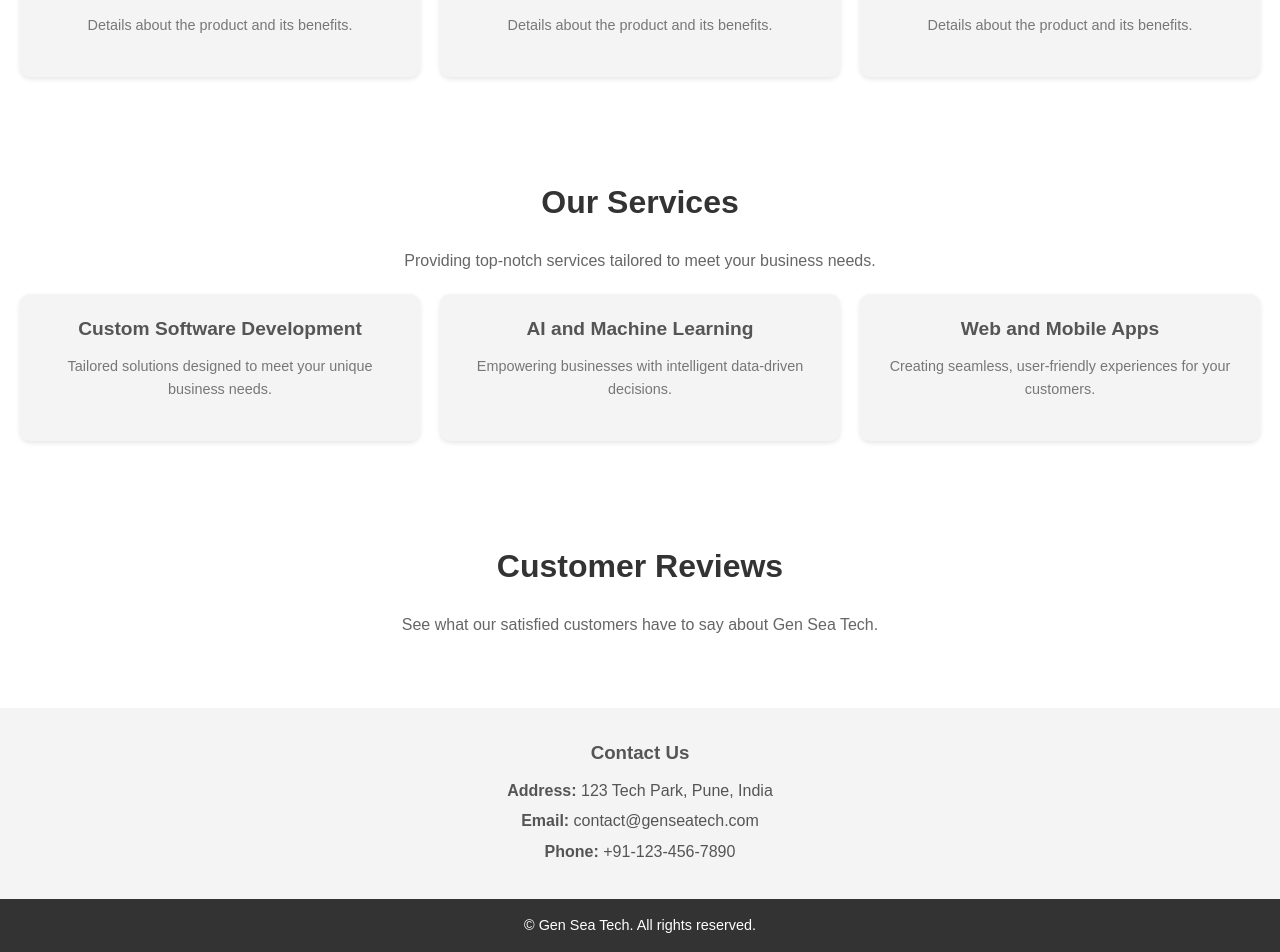
Repository: aniketkhatawkar/Gen_Sea_Tech
Page: http://localhost/GenSeaTech/
These files come from the project's save history. The page is drawn as it stood at one moment and after the next save; the edit follows.
The browser window is 1280 px wide. The pictures show the part of the page from y = 1418 to 2370 px (the page is 2370 px tall).
The page is served by Tomcat 10. Other server files are loaded and not shown.

Above is the page before, as saved 2024-12-16 07:57:21.

### GenSeaTech/src/main/webapp/home.jsp
<!DOCTYPE html>
<html>
<head>
<meta charset="UTF-8">
<meta name="viewport" content="width=device-width, initial-scale=1.0">
<title>Gen Sea Tech</title>
<link rel="icon" href="assets/logo.png" type="image/png" >

<style>
	* {
		margin: 0;
		padding: 0;
		box-sizing: border-box;
		font-family: Arial, sans-serif;
	}

	body {
		line-height: 1.6;
	}

	header p {
        font-size: 1.2rem;
        margin-bottom: 20px;
    }

	.hero {
		height: 90vh;
		background: url('assets/hero-bg.jpg') no-repeat center center/cover;
		color: white;
		display: flex;
		align-items: center;
		justify-content: center;
		text-align: center;
		padding: 20px;
	}

	.hero h1 {
		font-size: 3rem;
	}

	.hero p {
		margin-top: 10px;
		font-size: 1.2rem;
	}

	.section {
		padding: 50px 20px;
		text-align: center;
	}

	.section h2 {
		font-size: 2rem;
		margin-bottom: 20px;
		color: #333;
	}

	.section p {
		margin-bottom: 20px;
		font-size: 1rem;
		color: #666;
	}

	.cards {
		display: grid;
		grid-template-columns: repeat(auto-fit, minmax(300px, 1fr));
		gap: 20px;
		margin-top: 20px;
	}

	.card {
		background: #f4f4f4;
		padding: 20px;
		border-radius: 10px;
		box-shadow: 0 2px 5px rgba(0, 0, 0, 0.1);
	}

	.card h3 {
		margin-bottom: 10px;
		font-size: 1.2rem;
		color: #555;
	}

	.card p {
		font-size: 0.9rem;
		color: #777;
	}

	.contact {
		background: #00bcd4;
		color: #fff;
		padding: 50px 20px;
	}

	.contact h2 {
		margin-bottom: 20px;
	}

	.contact form {
		max-width: 600px;
		margin: 0 auto;
	}

	.contact input, .contact textarea {
		width: 100%;
		padding: 10px;
		margin-bottom: 10px;
		border: none;
		border-radius: 5px;
	}

	.contact button {
		padding: 10px 20px;
		border: none;
		background: #008c9e;
		color: white;
		cursor: pointer;
		border-radius: 5px;
	}

	.contact button:hover {
		background: #006b76;
	}

	.address {
		background: #f4f4f4;
		padding: 30px;
		text-align: center;
		color: #555;
	}

	.address h3 {
		margin-bottom: 10px;
	}

	.address p {
		margin-bottom: 5px;
	}
</style>
</head>
<body>
	<!-- NavBar -->
	<%@ include file="navbar.jsp" %>

	<!-- Hero Section -->
	<div class="hero">
		<div>
			<h1>Welcome to Gen Sea Tech</h1>
			<p>Innovating for a better tomorrow</p>
		</div>
	</div>

	<!-- Who We Are Section -->
	<div class="section" id="about">
		<h2>Who We Are</h2>
		<p>Gen Sea Tech is a forward-thinking company dedicated to creating cutting-edge technology solutions that simplify and enhance day-to-day life.</p>
	</div>

	<!-- Mission & Vision Section -->
	<div class="section" id="mission-vision">
		<h2>Our Mission & Vision</h2>
		<p><strong>Mission:</strong> To deliver innovative, scalable, and sustainable tech solutions tailored to our clients' needs.</p>
		<p><strong>Vision:</strong> To be a global leader in technology, inspiring progress and driving change through our solutions.</p>
	</div>

	<!-- Products Section -->
	<div class="section" id="products">
		<h2>Our Products</h2>
		<p>Explore our range of innovative products designed to improve efficiency and productivity.</p>
		<div class="cards">
			<div class="card">
				<h3>Product 1</h3>
				<p>Details about the product and its benefits.</p>
			</div>
			<div class="card">
				<h3>Product 2</h3>
				<p>Details about the product and its benefits.</p>
			</div>
			<div class="card">
				<h3>Product 3</h3>
				<p>Details about the product and its benefits.</p>
			</div>
		</div>
	</div>

	<!-- Services Section -->
	<div class="section" id="services">
		<h2>Our Services</h2>
		<p>Providing top-notch services tailored to meet your business needs.</p>
		<div class="cards">
			<div class="card">
				<h3>Custom Software Development</h3>
				<p>Tailored solutions designed to meet your unique business needs.</p>
			</div>
			<div class="card">
				<h3>AI and Machine Learning</h3>
				<p>Empowering businesses with intelligent data-driven decisions.</p>
			</div>
			<div class="card">
				<h3>Web and Mobile Apps</h3>
				<p>Creating seamless, user-friendly experiences for your customers.</p>
			</div>
		</div>
	</div>

	<!-- Testimonials Section -->
	<div class="section" id="testimonials">
		<h2>Customer Reviews</h2>
		<p>See what our satisfied customers have to say about Gen Sea Tech.</p>
	</div>

	<!-- Address Section -->
	<div class="address" id="contact">
		<h3>Contact Us</h3>
		<p><strong>Address:</strong> 123 Tech Park, Pune, India</p>
		<p><strong>Email:</strong> contact@genseatech.com</p>
		<p><strong>Phone:</strong> +91-123-456-7890</p>
	</div>

	<!-- Footer -->
	<%@ include file="footer.jsp" %>
</body>
</html>

### GenSeaTech/src/main/webapp/navbar.jsp
<%@ page language="java" contentType="text/html; charset=UTF-8"
    pageEncoding="UTF-8"%>
<!DOCTYPE html>
<html>
<head>
<meta charset="UTF-8">
<title>Gen Sea Tech</title>
<link rel="icon" href="assets/logo.png" type="image/png" >
<style>
* {
	margin: 0;
	padding: 0;
	box-sizing: border-box;
	font-family: Arial, sans-serif;
}

body {
	line-height: 1.6;
}
.navbar {
	background-color: #ffffff;
	color: #fff;
	padding: 5px 5px;
	display: flex;
	justify-content: space-between;
	align-items: center;
	position: relative;
}

.navbar a {
	color: #40c4ff;
	text-decoration: none;
	margin: 0 20px;
	font-weight: bold;
}

.navbar a:hover {
	color: #757575;
}

.links {
	display: flex;
}
@media (max-width: 768px) {
	.links {
		display: none;
		flex-direction: column;
		background-color: #333;
		position: absolute;
		top: 50px;
		right: 10px;
		width: 200px;
		border-radius: 5px;
		box-shadow: 0px 4px 6px rgba(0, 0, 0, 0.1);
	}

	.links a {
		margin: 10px 0;
		text-align: center;
	}

	.hamburger {
		display: flex;
	}

	.links.active {
		display: flex;
	}
}
</style>
</head>
<body>
	<div class="navbar">
		<div class="logo">
        <a href="home.jsp"><img src="assets/namelogo.png" alt="Gen Sea Tech Logo" style="height: 60px; margin-right: 10px;"></a>
    	</div>
		<div class="links">
			<a href="home.jsp">Home</a>
			<a href="services.jsp">Services</a>
			<a href="products.jsp">Products</a>
			<a href="connectus.jsp">Connect Us</a>
			<a href="about.jsp">About</a>
			<a href="#support.jsp">Support</a>
		</div>
	</div>
</body>
</html>

### GenSeaTech/src/main/webapp/footer.jsp
<%@ page language="java" contentType="text/html; charset=UTF-8"
    pageEncoding="UTF-8"%>
<!DOCTYPE html>
<html>

<head>

<style>
	footer {
        background-color: #333;
        color: white;
        text-align: center;
        padding: 15px;
        margin-top: 0px;
    }

    footer p {
        font-size: 0.9rem;
    }
</style>

	<meta charset="UTF-8">
	<title>Footer</title>
</head>

<body>
	<footer>
        <p>&copy; Gen Sea Tech. All rights reserved.</p>
    </footer>
</body>

</html>

After the next save:
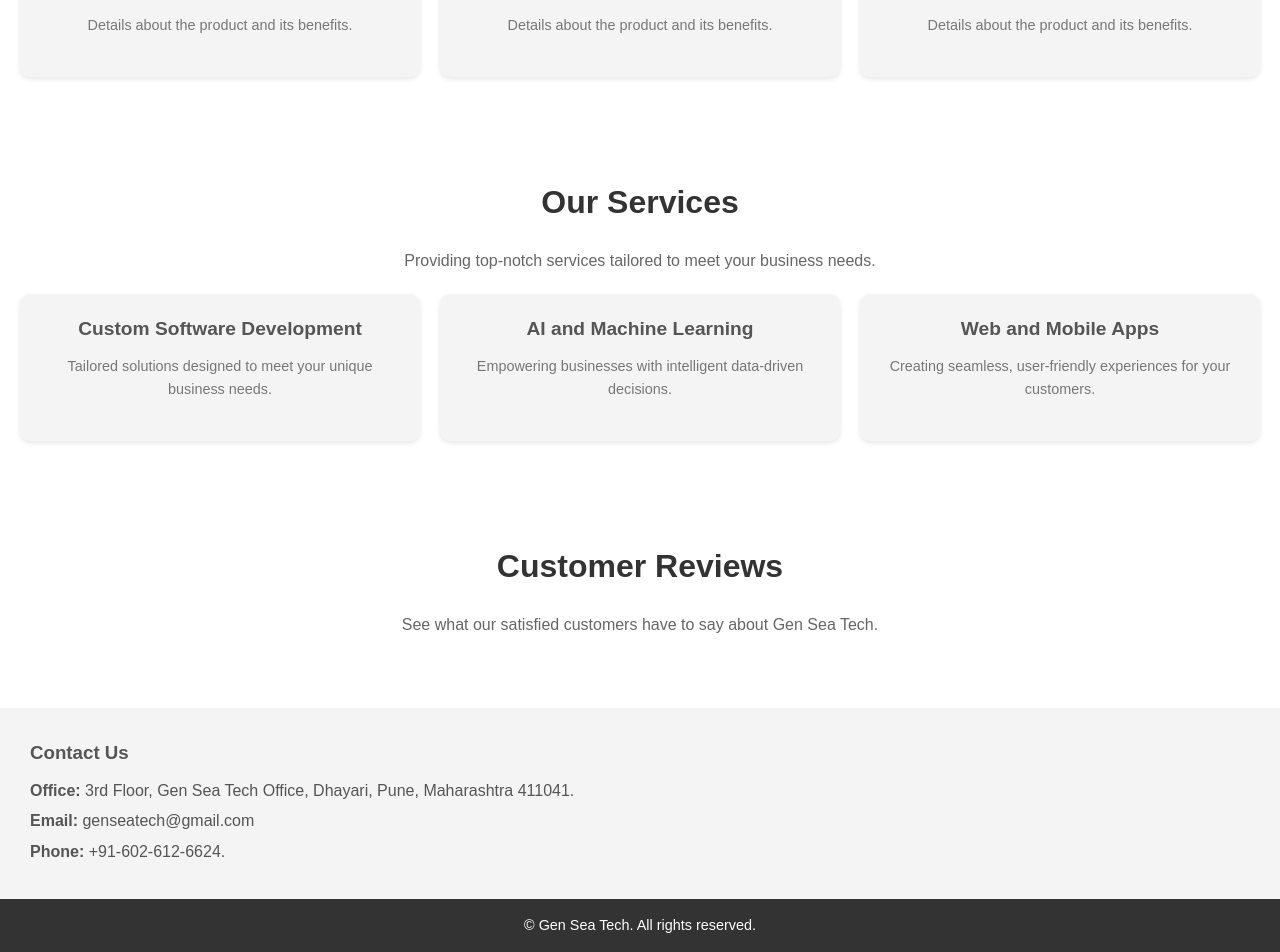
Saved 4 min 3 s later.
--- a/GenSeaTech/src/main/webapp/home.jsp
+++ b/GenSeaTech/src/main/webapp/home.jsp
@@ -124,7 +124,6 @@
 	.address {
 		background: #f4f4f4;
 		padding: 30px;
-		text-align: center;
 		color: #555;
 	}
 
@@ -211,9 +210,9 @@
 	<!-- Address Section -->
 	<div class="address" id="contact">
 		<h3>Contact Us</h3>
-		<p><strong>Address:</strong> 123 Tech Park, Pune, India</p>
-		<p><strong>Email:</strong> contact@genseatech.com</p>
-		<p><strong>Phone:</strong> +91-123-456-7890</p>
+		<p><strong>Office:</strong> 3rd Floor, Gen Sea Tech Office, Dhayari, Pune, Maharashtra 411041.</p>
+		<p><strong>Email:</strong> genseatech@gmail.com</p>
+		<p><strong>Phone:</strong> +91-602-612-6624.</p>
 	</div>
 
 	<!-- Footer -->
